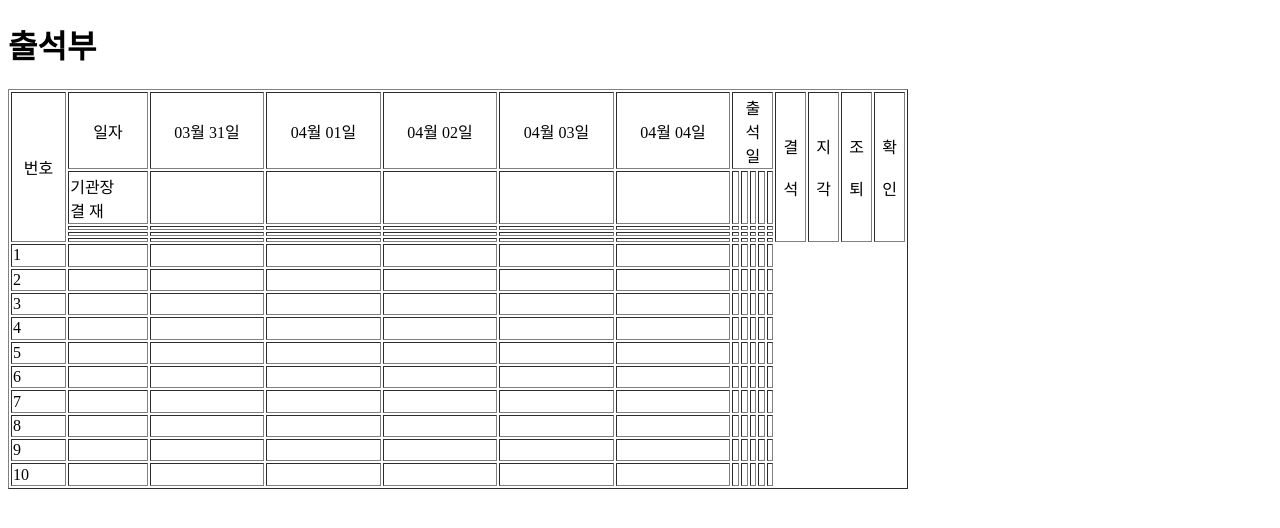
Repository: sungken/htmlProject
Page: ClientTest/src/main/webapp/html/test/table2.html
The author's editor kept a copy of each file at every save. The page is drawn from the files as they stood at one save, then again after the next save.
The browser window is 1280 px wide. The pictures show the whole page.

Above is the page before, as saved 2024-03-13 08:54:32.

### ClientTest/src/main/webapp/html/test/table2.html
<!DOCTYPE html>
<html>
<head>
<meta charset="UTF-8">
<title>Insert title here</title>
</head>
<body>
<h1>출석부</h1>
<table  border="1" width="900" height="400">
	<tr align="center">
		<td rowspan="5">번호</td>
		<td>일자</td>
		<td>03월 31일</td>
		<td>04월 01일</td>
		<td>04월 02일</td>
		<td>04월 03일</td>
		<td>04월 04일</td>
		<td colspan="5">출<br>석<br>일</td>
		<td rowspan="5">결<br><br>석</td>
		<td rowspan="5">지<br><br>각</td>
		<td rowspan="5">조<br><br>퇴</td>
		<td rowspan="5">확<br><br>인</td>

	</tr>
	<tr>

		<td>기관장<br>결 재</td>
		<td></td>
		<td></td>
		<td></td>
		<td></td>
		<td></td>
		<td></td>
		<td></td>
		<td></td>
		<td></td>
		<td></td>

	</tr>
		<tr>

		<td></td>
		<td></td>
		<td></td>
		<td></td>
		<td></td>
		<td></td>
		<td></td>
		<td></td>
		<td></td>
		<td></td>
		<td></td>

	</tr>
		<tr>

		<td></td>
		<td></td>
		<td></td>
		<td></td>
		<td></td>
		<td></td>
		<td></td>
		<td></td>
		<td></td>
		<td></td>
		<td></td>

	</tr>
		<tr>

		<td></td>
		<td></td>
		<td></td>
		<td></td>
		<td></td>
		<td></td>
		<td></td>
		<td></td>
		<td></td>
		<td></td>
		<td></td>

	</tr>
		<tr>

		<td>1</td>
		<td></td>
		<td></td>
		<td></td>
		<td></td>
		<td></td>
		<td></td>
		<td></td>
		<td></td>
		<td></td>
		<td></td>
		<td></td>

	</tr>
		<tr>

		<td>2</td>
		<td></td>
		<td></td>
		<td></td>
		<td></td>
		<td></td>
		<td></td>
		<td></td>
		<td></td>
		<td></td>
		<td></td>
		<td></td>

	</tr>
		<tr>

		<td>3</td>
		<td></td>
		<td></td>
		<td></td>
		<td></td>
		<td></td>
		<td></td>
		<td></td>
		<td></td>
		<td></td>
		<td></td>
		<td></td>

	</tr>
		<tr>

		<td>4</td>
		<td></td>
		<td></td>
		<td></td>
		<td></td>
		<td></td>
		<td></td>
		<td></td>
		<td></td>
		<td></td>
		<td></td>
		<td></td>

	</tr>
		<tr>

		<td>5</td>
		<td></td>
		<td></td>
		<td></td>
		<td></td>
		<td></td>
		<td></td>
		<td></td>
		<td></td>
		<td></td>
		<td></td>
		<td></td>

	</tr>
		<tr>

		<td>6</td>
		<td></td>
		<td></td>
		<td></td>
		<td></td>
		<td></td>
		<td></td>
		<td></td>
		<td></td>
		<td></td>
		<td></td>
		<td></td>

	</tr>
		<tr>

		<td>7</td>
		<td></td>
		<td></td>
		<td></td>
		<td></td>
		<td></td>
		<td></td>
		<td></td>
		<td></td>
		<td></td>
		<td></td>
		<td></td>

	</tr>
		<tr>

		<td>8</td>
		<td></td>
		<td></td>
		<td></td>
		<td></td>
		<td></td>
		<td></td>
		<td></td>
		<td></td>
		<td></td>
		<td></td>
		<td></td>

	</tr>
		<tr>

		<td>9</td>
		<td></td>
		<td></td>
		<td></td>
		<td></td>
		<td></td>
		<td></td>
		<td></td>
		<td></td>
		<td></td>
		<td></td>
		<td></td>

	</tr>
		<tr>

		<td>10</td>
		<td></td>
		<td></td>
		<td></td>
		<td></td>
		<td></td>
		<td></td>
		<td></td>
		<td></td>
		<td></td>
		<td></td>
		<td></td>

	</tr>


</table>



</body>
</html>

After the next save:
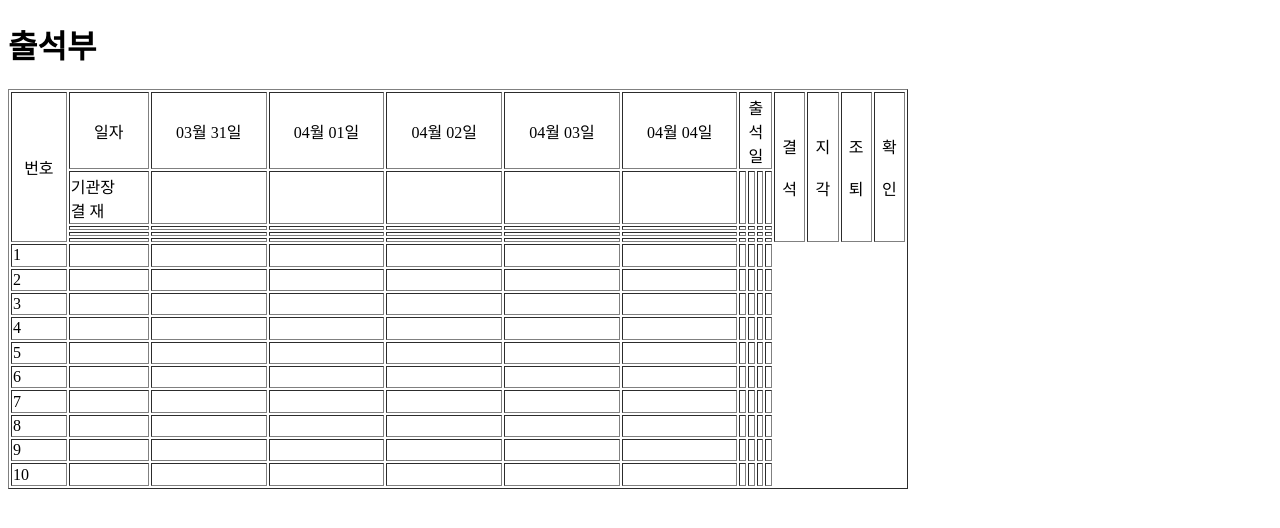
Saved 43 s later.
--- a/ClientTest/src/main/webapp/html/test/table2.html
+++ b/ClientTest/src/main/webapp/html/test/table2.html
@@ -34,42 +34,38 @@
 		<td></td>
 		<td></td>
 		<td></td>
-		<td></td>
-
-	</tr>
-		<tr>
-
-		<td></td>
-		<td></td>
-		<td></td>
-		<td></td>
-		<td></td>
-		<td></td>
-		<td></td>
-		<td></td>
-		<td></td>
-		<td></td>
-		<td></td>
-
-	</tr>
-		<tr>
-
-		<td></td>
-		<td></td>
-		<td></td>
-		<td></td>
-		<td></td>
-		<td></td>
-		<td></td>
-		<td></td>
-		<td></td>
-		<td></td>
-		<td></td>
-
-	</tr>
-		<tr>
-
-		<td></td>
+
+	</tr>
+		<tr>
+
+		<td></td>
+		<td></td>
+		<td></td>
+		<td></td>
+		<td></td>
+		<td></td>
+		<td></td>
+		<td></td>
+		<td></td>
+		<td></td>
+
+	</tr>
+		<tr>
+
+		<td></td>
+		<td></td>
+		<td></td>
+		<td></td>
+		<td></td>
+		<td></td>
+		<td></td>
+		<td></td>
+		<td></td>
+		<td></td>
+
+	</tr>
+		<tr>
+
 		<td></td>
 		<td></td>
 		<td></td>
@@ -95,7 +91,6 @@
 		<td></td>
 		<td></td>
 		<td></td>
-		<td></td>
 
 	</tr>
 		<tr>
@@ -111,7 +106,6 @@
 		<td></td>
 		<td></td>
 		<td></td>
-		<td></td>
 
 	</tr>
 		<tr>
@@ -127,7 +121,6 @@
 		<td></td>
 		<td></td>
 		<td></td>
-		<td></td>
 
 	</tr>
 		<tr>
@@ -143,7 +136,6 @@
 		<td></td>
 		<td></td>
 		<td></td>
-		<td></td>
 
 	</tr>
 		<tr>
@@ -159,7 +151,6 @@
 		<td></td>
 		<td></td>
 		<td></td>
-		<td></td>
 
 	</tr>
 		<tr>
@@ -175,7 +166,6 @@
 		<td></td>
 		<td></td>
 		<td></td>
-		<td></td>
 
 	</tr>
 		<tr>
@@ -191,7 +181,6 @@
 		<td></td>
 		<td></td>
 		<td></td>
-		<td></td>
 
 	</tr>
 		<tr>
@@ -207,7 +196,6 @@
 		<td></td>
 		<td></td>
 		<td></td>
-		<td></td>
 
 	</tr>
 		<tr>
@@ -223,13 +211,11 @@
 		<td></td>
 		<td></td>
 		<td></td>
-		<td></td>
 
 	</tr>
 		<tr>
 
 		<td>10</td>
-		<td></td>
 		<td></td>
 		<td></td>
 		<td></td>
